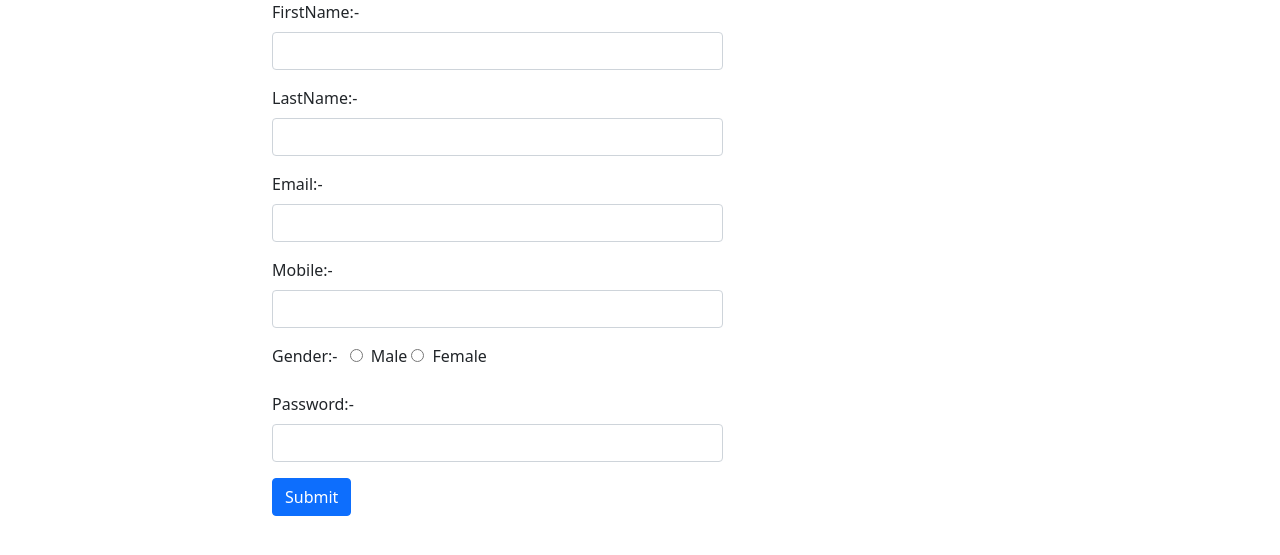
Repository: 2001Yogi/JavaWebAssignment
Page: http://localhost/StudentInformation/
An editor plug-in stored every save of this project. The page is shown before and after the next save, followed by the edit.
The browser window is 1280 px wide. The pictures show the whole page.
The page is served by Tomcat 9. Other server files are loaded and not shown.

Above is the page before, as saved 2024-09-17 13:09:08.

### StudentInformation/src/main/webapp/index.jsp
<%@ page language="java" contentType="text/html; charset=ISO-8859-1"
	pageEncoding="ISO-8859-1"%>
<!DOCTYPE html>
<html>
<head>
<meta charset="ISO-8859-1">
<link
	href="https://cdn.jsdelivr.net/npm/bootstrap@5.0.2/dist/css/bootstrap.min.css"
	rel="stylesheet"
	integrity="sha384-EVSTQN3/azprG1Anm3QDgpJLIm9Nao0Yz1ztcQTwFspd3yD65VohhpuuCOmLASjC"
	crossorigin="anonymous">
<script
	src="https://cdn.jsdelivr.net/npm/bootstrap@5.0.2/dist/js/bootstrap.bundle.min.js"
	integrity="sha384-MrcW6ZMFYlzcLA8Nl+NtUVF0sA7MsXsP1UyJoMp4YLEuNSfAP+JcXn/tWtIaxVXM"
	crossorigin="anonymous"></script>
<script
	src="https://cdn.jsdelivr.net/npm/@popperjs/core@2.9.2/dist/umd/popper.min.js"
	integrity="sha384-IQsoLXl5PILFhosVNubq5LC7Qb9DXgDA9i+tQ8Zj3iwWAwPtgFTxbJ8NT4GN1R8p"
	crossorigin="anonymous"></script>
<script
	src="https://cdn.jsdelivr.net/npm/bootstrap@5.0.2/dist/js/bootstrap.min.js"
	integrity="sha384-cVKIPhGWiC2Al4u+LWgxfKTRIcfu0JTxR+EQDz/bgldoEyl4H0zUF0QKbrJ0EcQF"
	crossorigin="anonymous"></script>
<title>Student Form</title>
</head>
<body>
	<form>
		<div class="container">
			<div class="row">
				<div class="col-2"></div>
				<div class="col-5">
					<div class="mb-3">
						<label class="form-label">FirstName:-</label>
							<input type="text" class="form-control" name="fname">
					</div>
					<div class="mb-3">
						<label  class="form-label">LastName:-</label>
							<input type="text" class="form-control" name="lname">
					</div>
					<div class="mb-3">
						<label  class="form-label">Email:-</label>
							<input type="email" class="form-control" name="email">
					</div>
					<div class="mb-3">
						<label class="form-label">Mobile:-</label>
							<input type="number" class="form-control" name="mobile">
					</div>
					<div class="mb-3">
						<label class="me-2">Gender:-</label>
							<input type="radio"  name="gender"><label class=" ms-2 form-label">Male</label>
							<input type="radio" name="gender"><label class=" ms-2 form-label">Female</label>
					</div>
					<div class="mb-3">
						<label class="form-label">Password:-</label>
							<input type="password" class="form-control" name="pass">
					</div>

					<button type="submit" class="btn btn-primary" name="register">Submit</button>
				</div>
			</div>
		</div>
	</form>
</body>
</html>

After the next save:
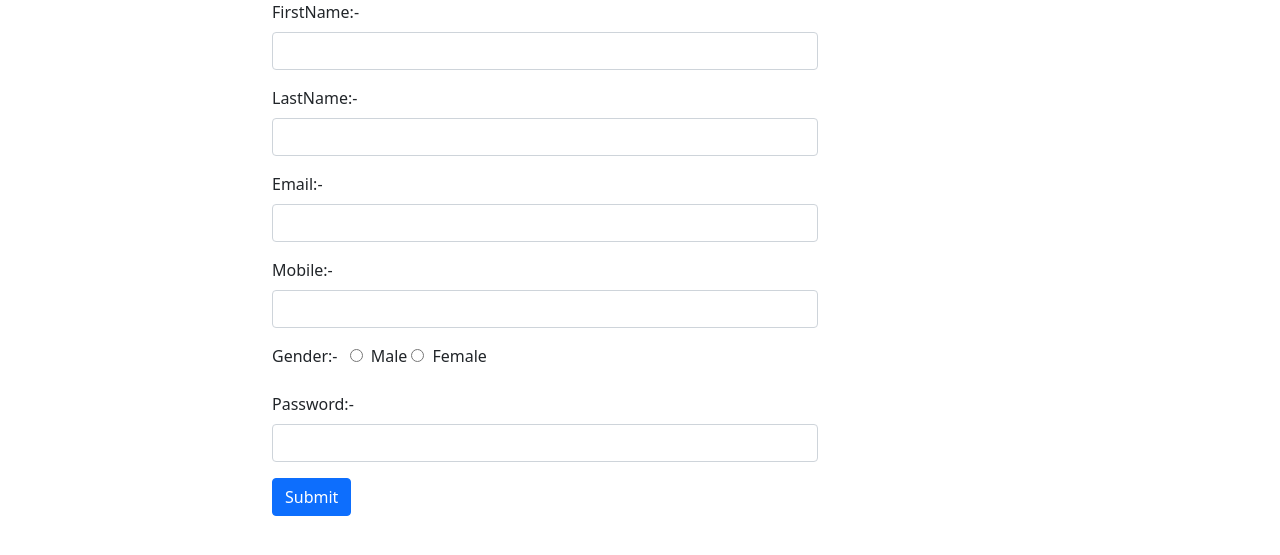
Saved 8 s later.
--- a/StudentInformation/src/main/webapp/index.jsp
+++ b/StudentInformation/src/main/webapp/index.jsp
@@ -28,7 +28,7 @@
 		<div class="container">
 			<div class="row">
 				<div class="col-2"></div>
-				<div class="col-5">
+				<div class="col-6">
 					<div class="mb-3">
 						<label class="form-label">FirstName:-</label>
 							<input type="text" class="form-control" name="fname">
